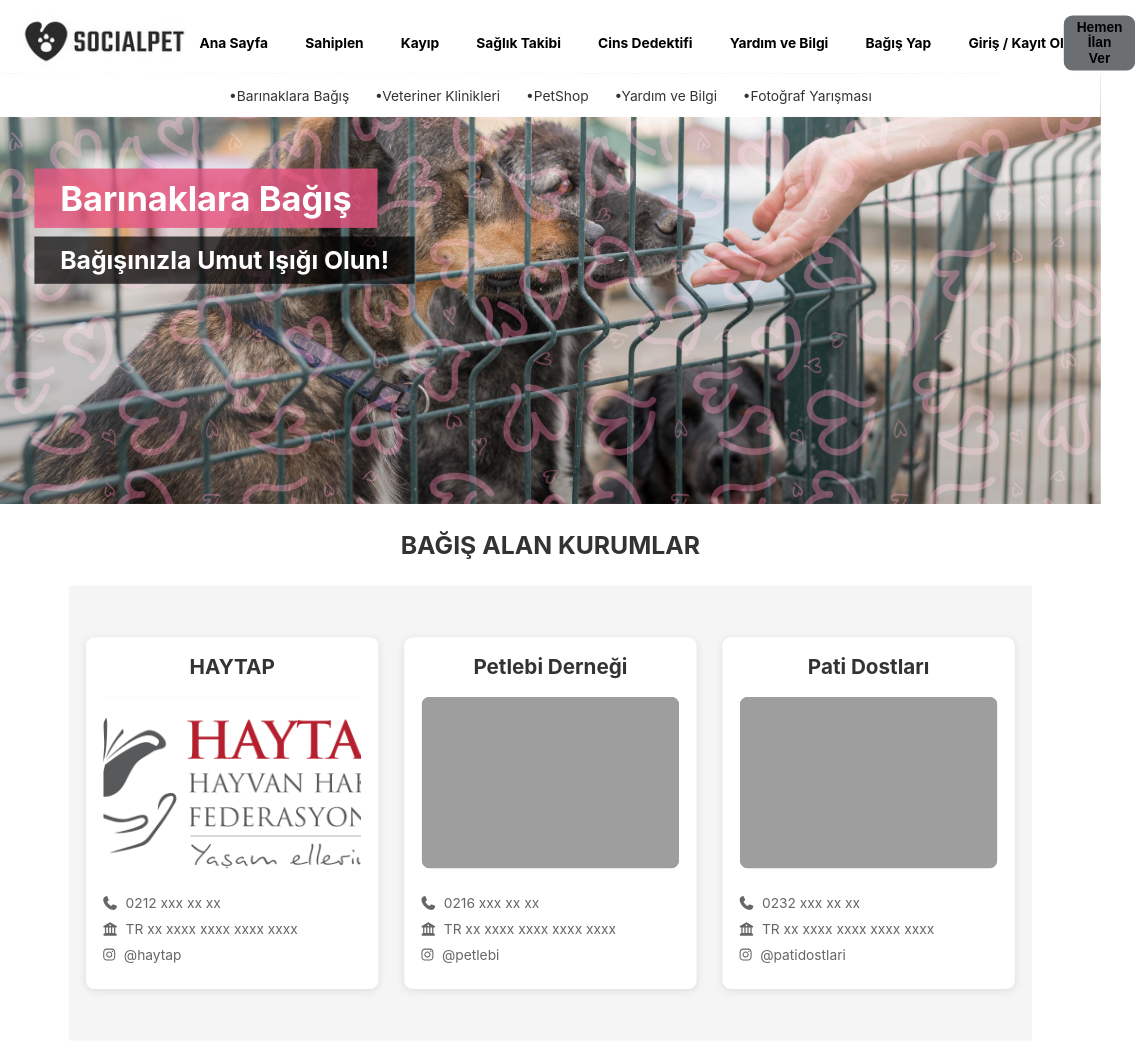
Repository: utkucaa/socialpet-frontend
Page: /donate (app in petweb/petweb/)
An editor plug-in stored every save of this project. The page is shown before and after the next save, followed by the edit.
The browser window is 1280 px wide. The page is 1320 px wide, so the pictures cover 1320 px, including what lies to the right of the window. The pictures show the whole page, at 86% of full size.
Pictures or frames that could not be fetched are drawn as grey boxes. The project was rebuilt for these pictures with package versions that can differ from the ones it lists, and the page was loaded fresh each time. Also part of the build but not shown: petweb/petweb/src/Components/Login/Login.jsx, petweb/petweb/src/Components/Intro/Intro.css, petweb/petweb/src/Components/Intro/Intro.jsx, petweb/petweb/src/Components/Register/Register.jsx, petweb/petweb/src/Components/Profile/ProfilePage.css, petweb/petweb/src/Components/Profile/ProfilePage.jsx, petweb/petweb/src/Components/Adoption/Header.jsx, petweb/petweb/src/Components/Adoption/Stats.css and 31 more. Imported but missing from the stored project, and not drawn on this page: petweb/petweb/src/Components/AdoptionSteps.

Above is the page before, as saved 2025-01-09 23:34:18.

### petweb/petweb/src/App.js
import React, { useState, useEffect } from 'react';
import { BrowserRouter as Router, Routes, Route } from 'react-router-dom';
import Navbar from './Components/Navbar/Navbar';
import Login from './Components/Login/Login';
import Intro from './Components/Intro/Intro';
import Register from './Components/Register/Register';
import ProfilePage from './Components/Profile/ProfilePage';
import AdoptionPage from './Components/Adoption/AdoptionPage';
import CreatedPage from './Components/Adoption/CreatedPage';
import LostPage from './Components/Lost/LostPage';
import CreateListingPage from './Components/Lost/CreateListingPage'; // Bu satırı ekleyin
import CategoryBar from './Components/Lost/CategoryBar';
import QuestionDetail from './Components/HelpAndInfo/QuestionDetail';
import AdDetail from './Components/Adoption/AdDetail';
import Donate from './Components/Donate/Donate';

import './App.css';
import HelpAndInfo from './Components/HelpAndInfo/HelpAndInfo';

function App() {
  const [user, setUser] = useState(null);  // Kullanıcı bilgisini tutacak state

  useEffect(() => {
    // Sayfa yüklendiğinde localStorage'dan kullanıcı bilgisini al
    const storedUser = localStorage.getItem('user');
    if (storedUser) {
      setUser(JSON.parse(storedUser));
    }
  }, []);

  return (
    <Router>
      <Navbar user={user} setUser={setUser} />
      <Routes>
        <Route path="/" element={<Intro />} />
        <Route path="/login" element={<Login setUser={setUser} />} />
        <Route path="/register" element={<Register />} />
        <Route path="/adopt" element={<AdoptionPage />} />
        <Route path="/lost" element={<LostPage/>} />
        <Route path="/create-listing" element={<CreateListingPage />} />
        <Route path="/health-tracking" element={<div>Sağlık Takibi</div>} />
        <Route path="/breed-detector" element={<div>Cins Dedektifi</div>} />
        <Route path="/help-info" element={<HelpAndInfo/>} />
        <Route path="/question/:id" element={<QuestionDetail />} />
        <Route path="/donate" element={<Donate/>} />
        <Route path="/create-ad" element={<CreatedPage />} />
        <Route path="/profile" element={<ProfilePage user={user} setUser={setUser} />} />
        <Route path="/ad/:id" element={<AdDetail />} />

      </Routes>
    </Router>
  );
}

export default App;

### petweb/petweb/src/Components/Navbar/Navbar.jsx
import React from 'react';
import { Link } from 'react-router-dom';
import './Navbar.css';

const Navbar = ({ user, setUser }) => {
  const handleLogout = () => {
    setUser(null);
  };

  return (
    <div className='n-container'>
      <div className="n-left">
        <Link to="/">
          <img src="/logo.png" alt="Social Pet Logo" className="n-logo" />
        </Link>
      </div>
      <div className="n-right">
        <div className="n-list">
          <ul>
            <li><Link to="/">Ana Sayfa</Link></li>
            <li><Link to="/adopt">Sahiplen</Link></li>
            <li><Link to="/lost">Kayıp</Link></li>
            <li><Link to="/health-tracking">Sağlık Takibi</Link></li>
            <li><Link to="/breed-detector">Cins Dedektifi</Link></li>
            <li><Link to="/help-info">Yardım ve Bilgi</Link></li>
            <li><Link to="/donate">Bağış Yap</Link></li>

            {!user ? (
              <li><Link to="/login">Giriş / Kayıt Ol</Link></li>
            ) : (
              <li><Link to="/profile">Profil</Link></li>
            )}
          </ul>
        </div>
        {!user ? (
          <button className='giris-cıkıs'>
            <Link to="/create-ad">Hemen İlan Ver</Link>
          </button>
        ) : (
          <button className='giris-cıkıs cıkıs' onClick={handleLogout}>
            <Link to="/">Çıkış Yap</Link>
          </button>
        )}
      </div>
    </div>
  );
};

export default Navbar;

### petweb/petweb/src/Components/Donate/Donate.jsx
import React from 'react';
import './Donate.css';
import { FontAwesomeIcon } from '@fortawesome/react-fontawesome';
import { faPhone, faUniversity } from '@fortawesome/free-solid-svg-icons';
import { faInstagram } from '@fortawesome/free-brands-svg-icons';

const Donate = () => {
  const donationCards = [
    {
      name: "HAYTAP",
      image: "/haytap.png",
      phone: "0212 xxx xx xx",
      iban: "TR xx xxxx xxxx xxxx xxxx",
      instagram: "@haytap"
    },
    {
      name: "Petlebi Derneği",
      image: "/hayvan2.jpg",
      phone: "0216 xxx xx xx",
      iban: "TR xx xxxx xxxx xxxx xxxx",
      instagram: "@petlebi"
    },
    {
      name: "Pati Dostları",
      image: "/hayvan3.jpg",
      phone: "0232 xxx xx xx",
      iban: "TR xx xxxx xxxx xxxx xxxx",
      instagram: "@patidostlari"
    }
  ];

  return (
    <div className="main-container">
      {/* Üst Kısım - Resimli Alan */}
      <div className="hero-section">
        <nav className="nav-menu">
          <ul>
            <li>•Barınaklara Bağış</li>
            <li>•Veteriner Klinikleri</li>
            <li>•PetShop</li>
            <li>•Yardım ve Bilgi</li>
            <li>•Fotoğraf Yarışması</li>
          </ul>
        </nav>
        <div className="hero-content">
          <div className="title-box">
            <h1>Barınaklara Bağış</h1>
          </div>
          <div className="subtitle-box">
            <h2>Bağışınızla Umut Işığı Olun!</h2>
          </div>
          <div className="select-container">

          </div>
        </div>
      </div>

      {/* Alt Kısım - Bilgilendirme ve Kartlar */}
      <div className="content-section">
        <div className="info-section">
          <h2>BAĞIŞ ALAN KURUMLAR</h2>
        </div>

        <div className="donation-cards-container">
          {donationCards.map((card, index) => (
            <div key={index} className="donation-card">
              <h3 className="card-title">{card.name}</h3>
              <div className="card-image">
                <img src={card.image} alt={card.name} />
              </div>
              <div className="card-info">
                <p> <FontAwesomeIcon icon={faPhone} /> {card.phone}</p>
                <p><FontAwesomeIcon icon={faUniversity} /> {card.iban}</p>
                <p><FontAwesomeIcon icon={faInstagram} /> {card.instagram}</p>
              </div>
            </div>
          ))}
        </div>
      </div>
    </div>
  );
};

export default Donate;

### petweb/petweb/src/Components/Navbar/Navbar.css
.spline-sans-mono {
    font-family: "Spline Sans Mono", monospace;
  }

.n-container{
    height: 10vh;
    margin-top: 14px;
    display: flex;
    justify-content: space-between;
    align-items: center;
    padding: 0 2rem;
}

.n-logo {
    width: 200px;
    height: auto;
    margin-right: 10px;
    margin-left: -10px;
  }


.n-left{
    flex:1;
    align-items: center;
    display: flex;
    gap:1 rem;
}


.n-right{
    display: flex;
    flex: 5;
    align-items: center;
    justify-content: center;
    font-weight: 400;
}

.n-list{
    flex: 10;
}

.n-list a {
    text-decoration: none;
    color: black;
    font-weight: bold;
    font-size: 16px;
    transition: color 0.3s ease;
}

.n-list a:hover {
    color:  #1a237e;
}

.n-list>ul{
    display: flex;
    gap: 2.7rem;
    margin-right: 2rem;
    margin-left: -10px;
    align-items: center;
    list-style: none;
    padding: 0;
    margin: 0;
}

.n-list>ul>li {
    white-space: nowrap;
}

.giris-cıkıs {
    background-color: #6b6f72;
    color: white;
    padding: 5px 15px;
    border: none;
    border-radius: 10px;
    cursor: pointer;
    font-size: 16px;
    font-weight: bold;
    transition: background-color 0.3s ease, transform 0.2s ease;
    margin-right: -14px;
    width: auto;
}
.giris-cıkıs:hover {
    background-color: #4b5b63;
    transform: scale(1.05);
}

.giris-cıkıs a {
    text-decoration: none;
    color: black;
    font-weight: bold;
    font-size: 16px;
}

.giris-cıkıs a:hover {
    color: white;
}

### petweb/petweb/src/Components/Login/Login.css

.login-page {
    display: flex;
    height: 100vh;
  }

  .login-left {
    flex: 1;
  display: flex;
  flex-direction: column;
  justify-content: center;
  align-items: center;
  background: linear-gradient(135deg, #f0f0f0, #d9e4f5);
  padding: 20px;
  text-align: center;
  border-top-right-radius: 20px;
  border-radius: 20px;
  margin-left: 30px;
  }
  .login-logo {
    width: 400px;
    height: auto;
    border-radius: 10px;
    margin-top: 20px;
  }
  .login-left h1 {
    font-size: 36px;
    color: #333;
    margin-bottom: 5px;
    margin-top: 10px;
  }

  .login-left p {
    font-size: 18px;
    margin-top: 5px;
    color: #555;
  }

  .login-image {
    width: 70%;
    margin-top: 20px;
    border-radius: 10px;
  }

  .login-right {
    flex: 1;
    display: flex;
    justify-content: center;
    align-items: center;
    background: #fff;
  }

  .login-box {
    background: white;
    padding: 30px;
    border-radius: 8px;
    box-shadow: 0 4px 15px rgba(0, 0, 0, 0.2);
    text-align: center;
    width: 90%;
    max-width: 400px;
  }

  h2 {
    font-size: 24px;
    margin-bottom: 20px;
    color: #333;
  }

  .form-group {
    margin-bottom: 15px;
    text-align: left;
  }

  label {
    display: block;
    font-size: 14px;
    margin-bottom: 5px;
    color: #555;
  }

  input {
    width: 100%;
    padding: 10px;
    font-size: 14px;
    border-radius: 5px;
    border: 1px solid #ccc;
    outline: none;
    transition: border-color 0.3s;
  }

  input:focus {
    border-color: #5d6d7e;
  }

  .login-button {
    background-color: #5d6d7e;
    color: white;
    padding: 10px;
    width: 100%;
    border: none;
    border-radius: 5px;
    font-size: 16px;
    cursor: pointer;
    transition: background-color 0.3s;
  }

  .login-button:hover {
    background-color: #4b5b63;
  }

  .error-message {
    color: red;
    font-size: 14px;
    margin-bottom: 15px;
  }

  .redirect-message {
    margin-top: 15px;
    font-size: 14px;
  }

  .redirect-message a {
    color: #4a90e2;
    text-decoration: none;
  }

  .redirect-message a:hover {
    text-decoration: underline;
  }

### petweb/petweb/src/Components/Register/Register.css
.register-page {
    display: flex;
    height: 100vh;
  }

  .register-left {
    flex: 1;
  display: flex;
  flex-direction: column;
  justify-content: center;
  align-items: center;
  background: linear-gradient(135deg, #f0f0f0, #d9e4f5);
  padding: 20px;
  text-align: center;
  border-top-right-radius: 20px;
  border-radius: 20px;
  margin-left: 30px;
  }

  .register-logo {
    width: 400px;
    height: auto;
    border-radius: 10px;
    margin-top: 20px;
  }

  .register-left h1 {
    font-size: 36px;
    color: #333;
    margin-bottom: 5px;
    margin-top: 10px;
  }

  .register-left p {
    font-size: 18px;
    margin-top: 5px;
    color: #555;
  }

  .register-right {
    flex: 1;
    display: flex;
    justify-content: center;
    align-items: center;
    background: #fff;
  }

  .register-box {
    background: white;
  padding: 20px;
  border-radius: 20px;
  box-shadow: 0 4px 15px rgba(0, 0, 0, 0.2);
  text-align: center;
  width: 100%;
  max-width: 600px;
  }

  h2 {
    font-size: 24px;
    margin-bottom: 20px;
    color: #333;
  }

  .form-group {
    margin-bottom: 15px;
    text-align: left;
  }

  label {
    font-size: 14px;
  margin-bottom: 5px;
  color: #555;
  align-self: flex-start;
  padding-left: 112px;
  }

  input {
    width: 100%;
    max-width: 350px;
    padding: 12px;
    font-size: 14px;
    border-radius: 5px;
    border: 1px solid #ccc;
    outline: none;
    transition: border-color 0.3s;
    margin: 0 auto;
    display: block;
  }

  input:focus {
    border-color: #5d6d7e;
  }

  .register-button {
    background-color: #5d6d7e;
  color: white;
  padding: 12px;
  width: 100%;
  max-width: 350px;
  border: none;
  border-radius: 5px;
  font-size: 16px;
  cursor: pointer;
  transition: background-color 0.3s;
  margin: 20px auto;
  display: block;
  }

  .register-button:hover {
    background-color: #4b5b63;
  }

  .error-message {
    color: red;
    font-size: 14px;
    margin-bottom: 15px;
  }

  .redirect-message {
    margin-top: 15px;
    font-size: 14px;
  }

  .redirect-message a {
    color: #4a90e2;
    text-decoration: none;
  }

  .redirect-message a:hover {
    text-decoration: underline;
  }

### petweb/petweb/src/Components/Lost/CreateListingPage.css
.page-container {
  width: 100%;
  max-width: 1200px;
  margin: 0 auto;
  padding: 20px;
}

.baslık{
  font-size: 28px;
  margin-bottom: 29px;
}

.create-listing-container {
  display: flex;
  gap: 30px;
}

.left-section {
  flex: 7;
}

.right-section {
  flex: 3;
}

.form-group {
  margin-bottom: 20px;
}

h2, h3 {
  margin-bottom: 9px;
  color: #333;
  font-size: 18px;
}

.form-input,
.form-select,
.form-textarea {
  width: 100%;
  padding: 12px;
  border: 1px solid #ddd;
  border-radius: 4px;
  font-size: 16px;
  margin-bottom: 10px;
}

.form-textarea {
  min-height: 150px;
  resize: vertical;
}



.warning-text {
  color: #d32f2f;
  font-weight: bold;
  margin: 10px 0;
}

.note-text {
  color: #666;
  font-size: 14px;
  margin-top: 8px;
}

.map-container {
  width: 100%;
  height: 400px;
  background-color: #f5f5f5;
  border-radius: 4px;
  margin-bottom: 20px;
  display: flex;
  align-items: center;
  justify-content: center;
}

/* Sağ bölüm stilleri */
.image-upload-container {
  border: 2px dashed #ddd;
  border-radius: 4px;
  padding: 20px;
  text-align: center;
  background-color: #f9f9f9;
}

.file-input {
  display: none;
}

.file-label {
  cursor: pointer;
  display: block;
}

.upload-placeholder {
  color: #1976d2;
  font-size: 18px;
  padding: 60px 0;
}

.preview-image {
  max-width: 100%;
  max-height: 300px;
  object-fit: contain;
}

.upload-note {
  color: #666;
  font-size: 14px;
  margin-top: 10px;
}

.button-container {
  margin-top: 20px;
}

.publish-button,
.delete-button {
  width: 100%;
  padding: 12px;
  border: none;
  border-radius: 4px;
  font-size: 16px;
  cursor: pointer;
  margin-bottom: 10px;
}

.publish-button {
  background-color: #5d9d5f;
  color: white;
}

.delete-button {
  background-color: #d9473d;
  color: white;
}

.publish-button:hover,
.delete-button:hover {
  opacity: 0.9;
}

.terms-text {
  text-align: center;
  font-size: 14px;
  color: #666;
  margin-top: 15px;
}

.terms-text a {
  color: #1976d2;
  text-decoration: none;
}

### petweb/petweb/src/Components/Donate/Donate.css
.main-container {
    width: 100%;
    min-height: 100vh;
  }

  /* Üst Kısım - Hero Section */
  .hero-section {
    width: 100%;
    height: 500px;
    position: relative;
    background-image: url('/public/bagıs.jpg');
    background-size: cover;
    background-position: center;
    overflow: hidden;
  }

  /* Kalp Efekti */
  .hero-section::after {
    content: '';
    position: absolute;
    top: 0;
    left: 0;
    right: 0;
    bottom: 0;
    background-image: url('/public/heart-pattern.png');
    background-size: 800px auto;
    opacity: 0.4;
    pointer-events: none;
    animation: floatingHearts 20s linear infinite;
    mix-blend-mode: screen;
  }

  /* Gradient Overlay */
  .hero-section::before {
    content: '';
    position: absolute;
    top: 0;
    left: 0;
    right: 0;
    bottom: 0;
    background: linear-gradient(
      rgba(255, 255, 255, 0.1),
      rgba(0, 0, 0, 0.2)
    );
  }

  /* Navigasyon Menüsü */
  .nav-menu {
    background-color: white;
    padding: 15px 0;
    position: relative;
    z-index: 10;
  }

  .nav-menu ul {
    display: flex;
    justify-content: center;
    list-style: none;
    gap: 30px;
    margin: 0;
    padding: 0;
  }

  .nav-menu li {
    color: #333;
    cursor: pointer;
  }

  /* Hero İçerik */
  .hero-content {
    position: relative;
    z-index: 2;
    padding: 60px 40px;
    max-width: 1200px;
    margin: 0 auto;
  }

  .title-box {
    margin-bottom: 10px;
  }

  .title-box h1 {
    background-color: rgba(231, 84, 128, 0.8);
    color: white;
    padding: 10px 30px;
    font-size: 2.5rem;
    margin: 0;
    display: inline-block;
  }

  .subtitle-box {
    margin-bottom: 20px;
  }

  .subtitle-box h2 {
    background-color: rgba(0, 0, 0, 0.7);
    color: white;
    padding: 10px 30px;
    font-size: 1.8rem;
    margin: 0;
    display: inline-block;
  }

  .select-container select {
    padding: 12px 20px;
    font-size: 1.1rem;
    border: none;
    border-radius: 5px;
    min-width: 300px;
    cursor: pointer;
  }

  /* Alt Kısım - Content Section */
  .content-section {
    background-color: white;
    display: flex;           /* Eklendi */
  flex-direction: column;  /* Eklendi */
  align-items: center;
  }

  .info-section {
    text-align: center;
    padding: 30px 0;

  }

  .info-section h2 {
    margin: 0;
    color: #333;
    font-size: 1.8rem;
  }

  /* Bağış Kartları */
  .donation-cards-container {
    display: flex;
  justify-content: center;
  gap: 30px;
  padding: 60px 20px; /* Üst padding'i artırdık */
  flex-wrap: wrap;
  max-width: 1200px;
  margin: 0 auto;
  background-color: #f5f5f5;
  }

  .donation-card {
    background: white;
    border-radius: 10px;
    box-shadow: 0 2px 10px rgba(0, 0, 0, 0.1);
    width: 300px;
    padding: 20px;
    display: flex;
    flex-direction: column;
    align-items: center;
    transition: transform 0.3s ease;
  }

  .donation-card:hover {
    transform: translateY(-5px);
  }

  .card-title {
    color: #333;
    font-size: 1.5rem;
    margin: 0 0 20px 0;
    text-align: center;
  }

  .card-image {
    width: 100%;
    height: 200px;
    overflow: hidden;
    border-radius: 8px;
    margin-bottom: 20px;
  }

  .card-image img {
    width: 100%;
    height: 100%;
    object-fit: cover;
  }

  .card-info {
    width: 100%;
  }

  .card-info p {
    margin: 10px 0;
    color: #666;
    display: flex;
    align-items: center;
    gap: 10px;
  }

  .card-info i {
    width: 20px;
    color: #e75480;
  }

  /* Animasyon */
  @keyframes floatingHearts {
    from {
      background-position: 0 0;
    }
    to {
      background-position: 100% 100%;
    }
  }

  /* Responsive Tasarım */
  @media (max-width: 1024px) {
    .donation-cards-container {
      gap: 20px;
    }

    .donation-card {
      width: calc(50% - 40px);
    }
  }

  @media (max-width: 768px) {
    .nav-menu ul {
      flex-wrap: wrap;
      gap: 15px;
    }

    .hero-content {
      padding: 40px 20px;
    }

    .select-container select {
      min-width: 250px;
    }

    .donation-card {
      width: 100%;
      max-width: 400px;
    }
  }

  .card-image img {
    width: 300px; /* Genişlik */
    height: 200px; /* Yükseklik */
    object-fit: cover; /* Resmi kare alanda düzgün şekilde yerleştirir */
    border-radius: 10px; /* Kenarları yuvarlamak için opsiyonel */
  }

### petweb/petweb/src/Components/Adoption/Header.css
.header {
  position: relative;
  text-align: center;
  padding: 20px;
  height: 350px;  /* Yüksekliği biraz daha küçültüyoruz */
  z-index: 0;
}

.header-image {
  position: absolute;
  top: 0;
  left: 0;
  width: 100%;  /* Genişliği sayfa genişliğine göre ayarladık */
  height: 400px;  /* Sabit yükseklik */
  object-fit: cover;  /* Resmi düzgün şekilde yayacak */

}

.header-content {
  position: relative;
  z-index: 1;  /* İçeriği resmin önünde göstermek için */
  color: white; /* Yazının rengi */
}

.title {
  font-size: 3rem;
  margin-bottom: 10px;
}

.subtitle {
  font-size: 1.2rem;
  margin-bottom: 20px;
}

.search-container {
  display: flex;
  flex-direction: column; /* Alt alta hizalamak için */
  align-items: center; /* Yatayda ortalamak için */
  justify-content: center; /* Dikeyde ortalamak için */
  gap: 20px;
  margin-top: 20px;
  width: 100%;
}

.search-field {
  display: flex;
  flex-direction: column;
  align-items: flex-start;
}
.search-field label {
  font-size: 1rem;
  margin-bottom: 5px;
  color: white; /* Etiketlerin rengi */
}
.search-field {
  display: flex;
  flex-direction: column;
  align-items: flex-start;
}

.search-field select {
  padding: 10px;
  font-size: 1rem;
  width: 500px;
  border-radius: 10px;
  border: 1px solid #ccc;
}

.ara {
  padding: 10px 20px;
  font-size: 1rem;
  border-radius: 10px;
  background-color: #f8c471;
  color: white;
  border: none;
  cursor: pointer;
  margin-top: 10px;
}

.search-button:hover {
  background-color: #626568;
}

.nav-menu m{
  font-size: 12px;
  list-style-type: none;
  margin: 20px 0;
  padding: 0;
}

.nav-menu ul li m {
  margin-bottom: 10px;
}

Loaded but not shown: petweb/petweb/public/index.html (common file); petweb/petweb/src/index.js (common file); petweb/petweb/src/index.css (common file); petweb/petweb/src/reportWebVitals.js (common file)

After the next save:
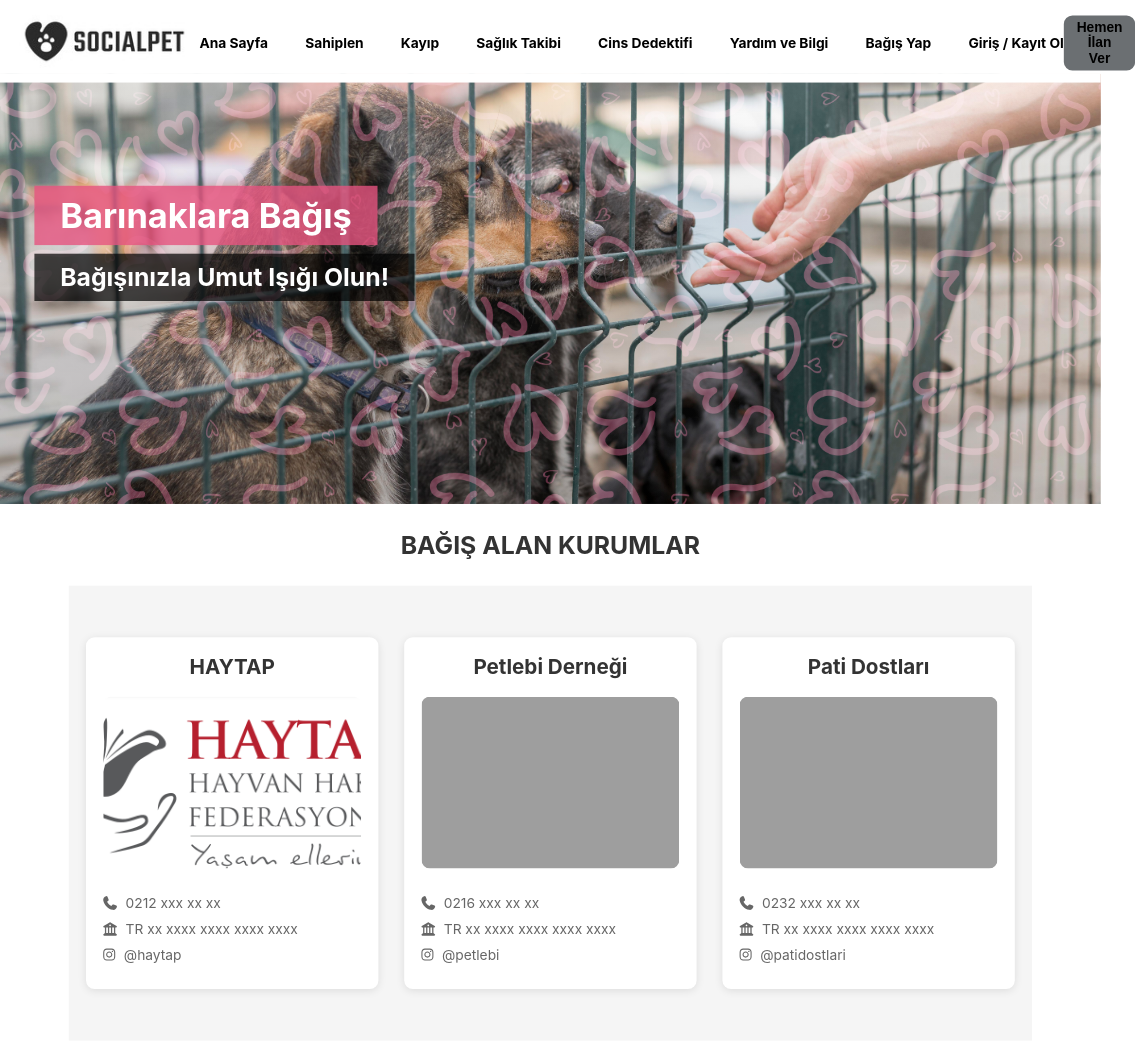
Saved 17 s later.
--- a/petweb/petweb/src/Components/Adoption/Header.css
+++ b/petweb/petweb/src/Components/Adoption/Header.css
@@ -81,13 +81,15 @@
   background-color: #626568;
 }
 
-.nav-menu m{
-  font-size: 12px;
+.nav-menu {
+  font-size: 12px; /* Yazı boyutunu küçülttük */
   list-style-type: none;
-  margin: 20px 0;
+  margin: 10px 0; /* Menü arasındaki boşluğu azalttık */
   padding: 0;
+  position: relative; /* Konumlandırmayı ayarlamak için */
+  top: -50px; /* Menü yukarı kaydırıldı */
 }
 
-.nav-menu ul li m {
-  margin-bottom: 10px;
+.nav-menu ul li {
+  margin-bottom: 5px; /* Menü öğeleri arasındaki boşluk küçüldü */
 }
